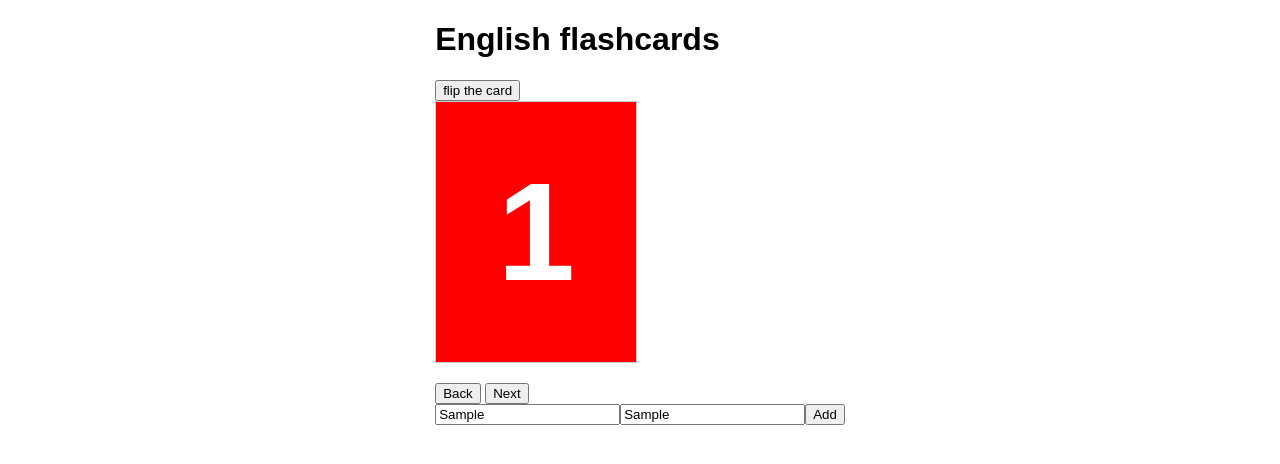
Repository: AdrianGizycki/English-Flashcards
Page: index.html
These files come from the project's save history. The page is drawn as it stood at one moment and after the next save; the edit follows.
The browser window is 1280 px wide. The pictures show the whole page.
Empty fields were first filled with sample values (such as "Sample", 5 or name@example.com).
After loading, the first visible `div.flip-card` was clicked once.

Above is the page before, as saved 2019-09-17 19:17:43.

### index.html
<!DOCTYPE html>
<html lang="en">
<head>
    <meta charset="UTF-8">
    <meta name="viewport" content="width=device-width, initial-scale=1.0">
    <meta http-equiv="X-UA-Compatible" content="ie=edge">
    <link rel="stylesheet" type="text/css" href="style.css">
    <title>English Flashcards</title>
</head>
<body>
    <div class="mainDiv">
        <div>
            <h1> English flashcards</h1>
            <!-- <div class="flip-card">
                <div class="flip-card-inner" id="rot">
                    <div class="flip-card-front">
                        <div class="divContents1"></div>
                    </div>
                    <div class="flip-card-back">
                        <div class="divContents2"></div>
                    </div>
                </div> -->
                <button>flip the card</button>
                    <section class="container">
                        <div class="flip-card">
                            <div class="flip-card-front">1</div>
                            <div class="flip-card-back">2</div>
                        </div>
                    </section>
                <button class="btn1">Back</button>
                <button class="btn2">Next</button>
                <form>
                    <input/><input/><button>Add</button>
                </form>
                <!-- <input type="text" placeholder="Word in English">
                <input type="text" placeholder="Word in Polish">
                <button>Add</button> -->
            </div>
    </div>
    </div>

    <script src="app.js" type="text/javascript"></script>
</body>
</html>

### style.css
body {
    font-family: Arial, Helvetica, sans-serif;
    height: 100%;
    padding: 0;
    margin: 0;
    box-sizing: border-box;
  }
  .mainDiv {
    height: 100%;
    width: auto;
    display: flex;
    justify-content: center;
    justify-items: center;
  }

  .container {
    width: 200px;
    height: 260px;
    position: relative;
    border: 1px solid #ccc;
    -webkit-perspective: 800px;
    -moz-perspective: 800px;
    -o-perspective: 800px;
    perspective: 800px;
}
.flip-card {
    width: 100%;
    height: 100%;
    position: absolute;
    -webkit-transition: -webkit-transform 1s;
    -moz-transition: -moz-transform 1s;
    -o-transition: -o-transform 1s;
    transition: transform 1s;
    -webkit-transform-style: preserve-3d;
    -moz-transform-style: preserve-3d;
    -o-transform-style: preserve-3d;
    transform-style: preserve-3d;
    -webkit-transform-origin: 50% 50%;
}
.flip-card div {
    display: block;
    height: 100%;
    width: 100%;
    line-height: 260px;
    color: white;
    text-align: center;
    font-weight: bold;
    font-size: 140px;
    position: absolute;
    -webkit-backface-visibility: hidden;
    -moz-backface-visibility: hidden;
    -o-backface-visibility: hidden;
    backface-visibility: hidden;
}
.flip-card .flip-card-front {
  background: red;
}
.flip-card .flip-card-back {
    background: blue;
    -webkit-transform: rotateY( 180deg );
    -moz-transform: rotateY( 180deg );
    -o-transform: rotateY( 180deg );
    transform: rotateY( 180deg );
}
.flip-card .flipped {
    -webkit-transform: rotateY( 180deg );
    -moz-transform: rotateY( 180deg );
    -o-transform: rotateY( 180deg );
    transform: rotateY( 180deg );
}

  .btn1,
  .btn2,
  .btn3 {
      margin-top: 20px;
  }

### app.js
const englishWords = ['above', 'across', 'act',]
const polishWords = ['powyżej / nad / u góry', 'przez coś', 'akt / czyn / działanie']
if (englishWords !== polishWords) {
    console.log('ok')
} else {
    console.log('not ok')
}
// const englishWords = ['above', 'across', 'act', 'ahead', 'along',]
//  'among', 'amount', 'any', 'anyone', 'appear', 'approach', 'arms', 'around', 'art', 'as', 'attack', 'attempt', 'august', 'autumn', 'away', 'base', 'bear', 'become', 'began', 'beginning', 'behind', 'believe', 'belong', 'below', 'beyound', 'bill', 'bit', 'block', 'blood', 'blow', 'board', 'bottom', 'branch', 'break', 'bridge', 'bright', 'building', 'burn', 'capital', 'carry', 'case', 'cause', 'central', 'centre', 'century', 'certain', 'certainly', 'claim', 'coat', 'common', 'complete', 'concern', 'conditio', 'consider', 'continue', 'control', 'corner', 'count'];
// const polishWords = ['powyżej / nad / u góry', 'przez coś', 'akt / czyn / działanie', 'przed', 'wzdłuż', 'między / pośród', 'ilość', 'jakikolwiek', 'nikt', 'pojawić się', 'podejście', 'herb / uzbrojony', 'wokół / dookoła / w pobliżu', 'sztuka', 'jako/ tak jak', 'atak', 'próba', 'sierpień', 'jesień', 'od /daleko / z dala / z daleka', 'podstawa', 'niedźwiedź', 'zostać', 'rozpoczął', 'początek', 'za / z tyłu', 'wierzyć', 'należeć', 'poniżej', 'poza', 'za (czymś)', 'po drugiej stronie (czegoś)', 'dalej', 'projekt ustawy', 'rachunek', 'kawałek', 'klocek', 'krew', 'cios / dmuchać / wiać', 'deska', 'dolny', 'oddział / gałąź / rozgałęzienie', 'most', 'jasny', 'budynek', 'oparzenie', 'stolica', 'nieść', 'przypadek / walizka', 'przyczyna / powód', 'centralny / środkowy', 'środek', 'wiek', 'pewny', 'rzeczywiście / z pewnością / na pewno', 'roszczenie', 'sierść / powlekać / płaszcz / okrywać cienką warstwą', 'pospolity', 'cały / całkowity / pełny', 'troska', 'warunek', 'rozważać', 'kontynuować', 'kontrola', 'róg / narożnik', 'liczba / liczyć się']
const divContents1 = document.querySelector(".divContents1");
const divContents2 = document.querySelector(".divContents2");
const btnBeck = document.querySelector(".btn1");
const btnNext = document.querySelector(".btn2");
const btnToggle = document.querySelector(".btn3");
const visCard = document.querySelector(".flip-card-front");
const unvisCard = document.querySelector(".flip-card-back");
const flipCard = document.querySelector('.flip-card');
console.log(flipCard);
const max = englishWords.length;
const min = 0


// var counter = Math.floor(Math.random() * (max - min)) + min;
// console.log(counter);
// divContents1.innerText = englishWords[counter];
// divContents2.innerText = polishWords[counter];


// btnNext.addEventListener('click', function(){
//     if (counter === max - 1) {
//         counter = -1;
//     }
//     counter++;
//   divContents1.innerText = englishWords[counter];
//   divContents2.innerText = polishWords[counter];
//   console.log(counter);

// });

// btnBeck.addEventListener('click', function(){
//   counter--;
//   if (counter === -1) {
//     counter = max - 1;
//   }
//   divContents1.innerText = englishWords[counter];
//   divContents2.innerText = polishWords[counter];
//   console.log(counter);

// });

flipCard.addEventListener('click', () => {
     console.log("test");
     flipCard.classList.toggle("flipped")
});

After the next save:
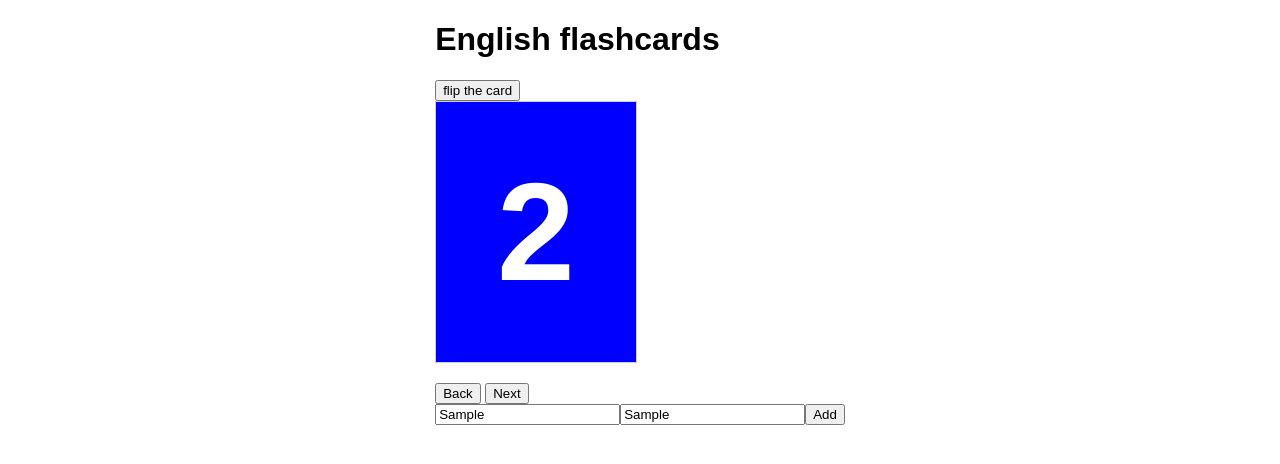
Saved 34 s later.
--- a/style.css
+++ b/style.css
@@ -62,7 +62,7 @@ body {
     -o-transform: rotateY( 180deg );
     transform: rotateY( 180deg );
 }
-.flip-card .flipped {
+.flipped {
     -webkit-transform: rotateY( 180deg );
     -moz-transform: rotateY( 180deg );
     -o-transform: rotateY( 180deg );
